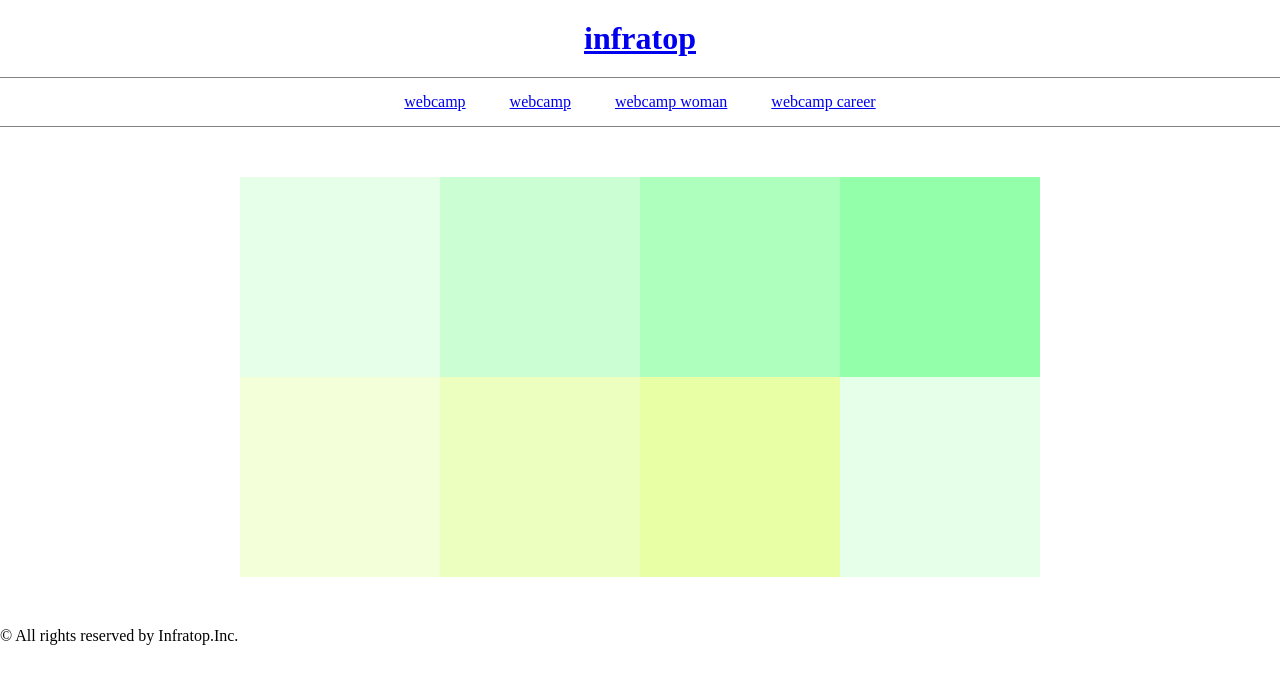
Repository: matuyama/dmm-webcamp
Page: chapter5/chapter5.html
The author's editor kept a record of every edit. The page is drawn from the files as they stood at one moment, then again after the next edit.
The browser window is 1280 px wide. The pictures show the whole page.

Above is the page before.

After the next edit:
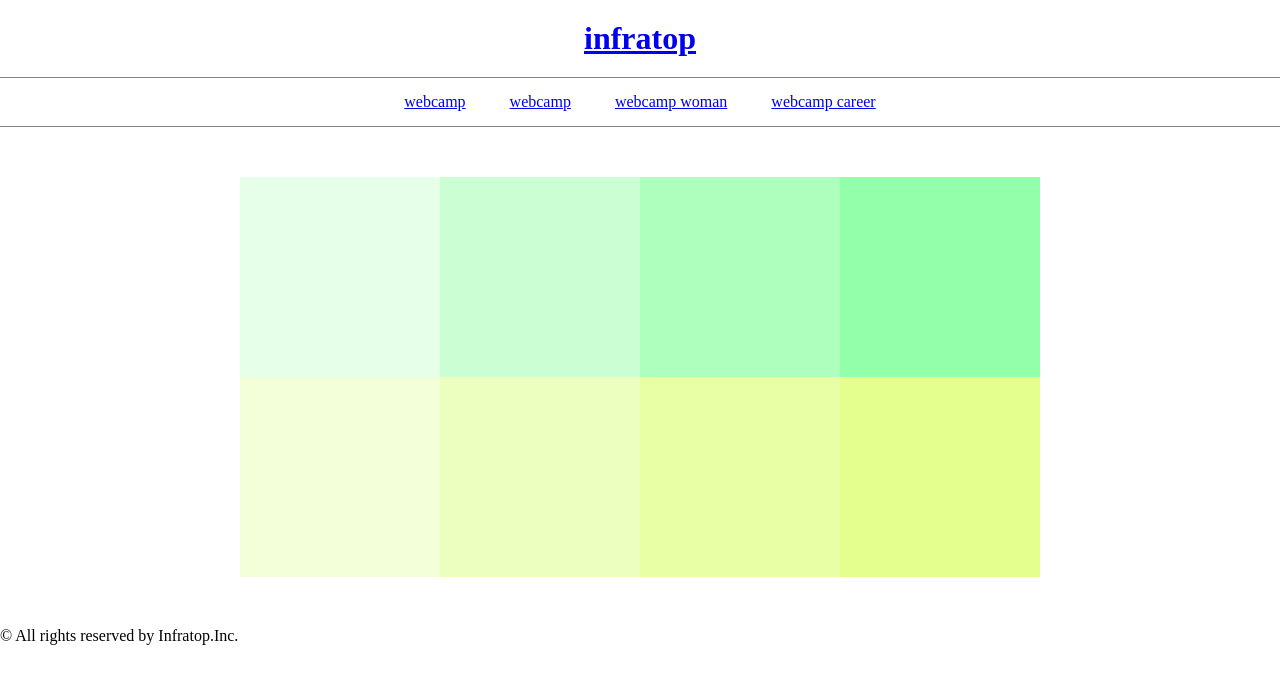
The edit:
--- a/chapter5/chapter5.css
+++ b/chapter5/chapter5.css
@@ -75,7 +75,7 @@
   .box8{
     width: 200px;
     height: 200px;
-    background-color: #e6ffe9;
+    background-color: #e4ff8d;
   }
 
   .box1{
